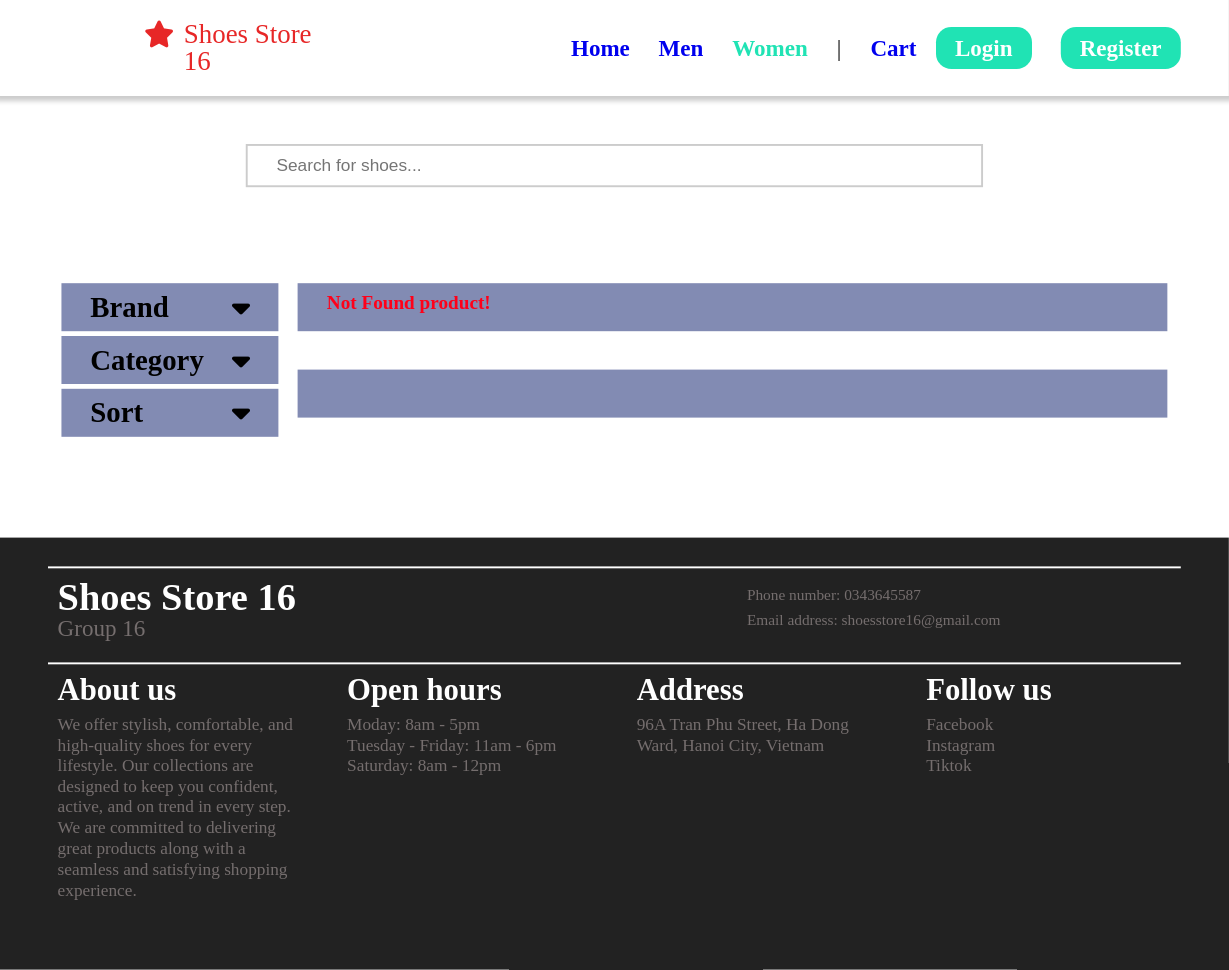
Repository: Trung0810/btl_cnpm_fe
Page: /women
These files come from the project's save history. The page is drawn as it stood at one moment and after the next save; the edit follows.
The browser window is 1280 px wide. The pictures show the whole page, at 96% of full size.
The page's requests for data from a server got no answer. The project was rebuilt for these pictures with package versions that can differ from the ones it lists, and the page was loaded fresh each time. No one was signed in, and anything a server would have sent is missing. Also part of the build but not shown: src/components/shoes_list/ShoesCard.css, src/components/shoes_list/ShoesCard.js, src/components/overlay/Overlay.css, src/components/overlay/Overlay.js, src/components/popup/AddToCartFormPopup.css, src/components/popup/AddToCartFormPopup.js, src/components/shoes_list/ShoesList.css, src/components/shoes_list/ShoesList.js and 43 more.

Above is the page before, as saved 2026-04-21 08:25:51.

### public/index.html
<!doctype html>
<html lang="en">
  <head>
    <meta charset="utf-8" />
    <link rel="icon" href="%PUBLIC_URL%/favicon.ico" />
    <meta name="viewport" content="width=device-width, initial-scale=1" />
    <meta name="theme-color" content="#000000" />
    <meta
      name="description"
      content="Web site created using create-react-app"
    />
    <link rel="apple-touch-icon" href="%PUBLIC_URL%/logo192.png" />
    <!--
      manifest.json provides metadata used when your web app is installed on a
      user's mobile device or desktop. See https://developers.google.com/web/fundamentals/web-app-manifest/
    -->
    <link rel="manifest" href="%PUBLIC_URL%/manifest.json" />
    <!--
      Notice the use of %PUBLIC_URL% in the tags above.
      It will be replaced with the URL of the `public` folder during the build.
      Only files inside the `public` folder can be referenced from the HTML.

      Unlike "/favicon.ico" or "favicon.ico", "%PUBLIC_URL%/favicon.ico" will
      work correctly both with client-side routing and a non-root public URL.
      Learn how to configure a non-root public URL by running `npm run build`.
    -->
    <link rel="preconnect" href="https://fonts.googleapis.com" />
    <link rel="preconnect" href="https://fonts.gstatic.com" crossorigin />
    <link
      href="https://fonts.googleapis.com/css2?family=DM+Sans:ital,opsz,wght@0,9..40,100..1000;1,9..40,100..1000&family=Oswald:wght@200..700&display=swap"
      rel="stylesheet"
    />
    <title>React App</title>
  </head>
  <body>
    <noscript>You need to enable JavaScript to run this app.</noscript>
    <div id="root"></div>
    <!--
      This HTML file is a template.
      If you open it directly in the browser, you will see an empty page.

      You can add webfonts, meta tags, or analytics to this file.
      The build step will place the bundled scripts into the <body> tag.

      To begin the development, run `npm start` or `yarn start`.
      To create a production bundle, use `npm run build` or `yarn build`.
    -->
  </body>
</html>

### src/index.js
import React from "react";
import ReactDOM from "react-dom/client";
import App from "./App";
import reportWebVitals from "./reportWebVitals";
import "./index.css";
import "./reset.css";
import "@fortawesome/fontawesome-free/css/all.min.css";

const root = ReactDOM.createRoot(document.getElementById("root"));
root.render(
  <React.StrictMode>
    <App />
  </React.StrictMode>,
);

// If you want to start measuring performance in your app, pass a function
// to log results (for example: reportWebVitals(console.log))
// or send to an analytics endpoint. Learn more: https://bit.ly/CRA-vitals
reportWebVitals();

### src/index.css
body {
  margin: 0;
  font-family:
    -apple-system, BlinkMacSystemFont, "Segoe UI", "Roboto", "Oxygen", "Ubuntu",
    "Cantarell", "Fira Sans", "Droid Sans", "Helvetica Neue", sans-serif;
  -webkit-font-smoothing: antialiased;
  -moz-osx-font-smoothing: grayscale;
  font-family: "DM Sans", sans-serif;
}
body::-webkit-scrollbar {
  display: none;
}
code {
  font-family:
    source-code-pro, Menlo, Monaco, Consolas, "Courier New", monospace;
}
* {
  box-sizing: border-box;
}

### src/components/shoes_page/ShoesPage.js
import React, { Fragment } from "react";
import Search from "../search/Search";
import GridLayout from "../grid_layout/GridLayout";

const ShoesPage = () => {
  return (
    <Fragment>
      <Search></Search>
      <GridLayout></GridLayout>
    </Fragment>
  );
};

export default ShoesPage;

### src/components/main_layout/MainLayout.js
import React, { useContext } from "react";
import { Fragment } from "react";
import Header from "../header/Header";
import Footer from "../footer/Footer";
import { Navigate, Outlet } from "react-router-dom";
import { InforContext } from "../infor_provider/InforProvider";

const MainLayout = () => {
  const { admin, customer } = useContext(InforContext);

  if (admin) {
    return <Navigate to="/admin" replace />;
  }

  return (
    <Fragment>
      <Header></Header>
      <Outlet></Outlet>
      <Footer></Footer>
    </Fragment>
  );
};

export default MainLayout;

### src/components/infor_provider/InforProvider.js
import React, { createContext, useState } from "react";
import { useNavigate } from "react-router-dom";

const InforContext = createContext();

const InforProvider = (props) => {
  const [customer, setCustomer] = useState(null);
  const [admin, setAdmin] = useState(null);
  const [path, setPath] = useState(null);
  const [currentPage, setCurrentPage] = useState(1);
  const [filter, setFilter] = useState({
    name: "",
    brand: "all",
    type: "",
    category: "all",
    price: false,
    rate: false,
    sort: null,
  });
  const navigate = useNavigate();

  console.log(filter);

  const handleLogout = () => {
    setCustomer(null);
    setAdmin(null);
    localStorage.removeItem("accessToken");
    navigate("/", { replace: true });
    console.log("hehehe");
  };

  const handleAddToCart = () => {};
  return (
    <InforContext.Provider
      value={{
        customer,
        setCustomer,
        handleLogout,
        admin,
        setAdmin,
        path,
        setPath,
        currentPage,
        setCurrentPage,
        filter,
        setFilter,
      }}
      {...props}
    ></InforContext.Provider>
  );
};

export { InforContext, InforProvider };

### src/components/reset_position/ResetPosition.js
import { useEffect } from "react";
import { useLocation } from "react-router-dom";

const ResetPosition = () => {
  const { pathname } = useLocation();

  useEffect(() => {
    window.scrollTo(0, 0);
  }, [pathname]);

  return null;
};

export default ResetPosition;

### src/App.css
img {
  width: 100%;
  height: 100%;
  object-fit: fill;
}
input,
select {
  display: block;
  font-size: 16px;
  font-weight: 500;
  padding: 10px 20px;
  border: 2px solid #ccc;
  border-radius: 8px;
  outline: none;
}
input:focus {
  border-color: #20e3b4;
}
textarea {
  font-family: "DM Sans", sans-serif;
  display: block;
  height: 100px;
  font-size: 16px;
  padding: 10px 20px;
  border: 2px solid #ccc;
  border-radius: 8px;
  resize: none;
  outline: none;
}
textarea::-webkit-scrollbar {
  display: none;
}
textarea:focus {
  border-color: #20e3b4;
}
button {
  display: block;
  width: 200px;
  padding: 10px 30px;
  font-size: 18px;
  font-weight: 500;
  border-radius: 8px;
  border: none;
  outline: none;
  cursor: pointer;
  box-shadow: 0 6px 0 0 #ccc;
  transition: all 0.25s linear;
}
button:active {
  box-shadow: 0 3px 0 0 #ccc;
  transform: translateY(3px);
}
.loading {
  position: absolute;
  width: 40px;
  height: 40px;
  border: 5px solid #20e3b4;
  border-left: 5px solid transparent;
  border-radius: 50%;
  top: 50%;
  left: 50%;
  transform: translate(-50%, -50%);
  animation: spin 1s infinite forwards linear;
  z-index: 100;
}
@keyframes spin {
  to {
    transform: translate(-50%, -50%) rotate(360deg);
  }
}
.error {
  font-weight: 500;
  color: #de4242;
}
.admin-update {
  width: 120px;
  background-color: #20b3e4;
  color: #fff;
}
.admin-delete {
  width: 120px;
  background-color: #dc3545;
  color: #fff;
}

### src/components/search/Search.js
import React, { useContext } from "react";
import { InforContext } from "../infor_provider/InforProvider";
import { debounce } from "lodash";
import "./Search.css";

const Search = () => {
  const { filter, setFilter } = useContext(InforContext);

  return (
    <div className="search">
      <input
        type="text"
        name="shoes"
        className="search-input"
        placeholder="Search for shoes..."
        onChange={debounce(
          (event) =>
            setFilter((prev) => ({ ...prev, name: event.target.value })),
          500,
        )}
      />
      {/* <button className="search-button">Search</button> */}
    </div>
  );
};

export default Search;

### src/components/grid_layout/GridLayout.js
import React from "react";
import FilterShoesList from "../filter_shoes_list/FilterShoesList";
import ShoesGrid from "../shoes_grid/ShoesGrid";
import "./GridLayout.css";

const GridLayout = () => {
  return (
    <div className="grid-layout">
      <FilterShoesList></FilterShoesList>
      <ShoesGrid></ShoesGrid>
    </div>
  );
};

export default GridLayout;

### src/components/footer/Footer.js
import React from "react";
import "./Footer.css";

const Footer = () => {
  return (
    <div className="footer">
      <div className="footer-contact">
        <div className="contact-name">
          <h2>Shoes Store 16</h2>
          <p>Group 16</p>
        </div>
        <div className="contact-infor">
          <p>Phone number: 0343645587</p>
          <p>Email address: shoesstore16@gmail.com</p>
        </div>
      </div>
      <div className="footer-content">
        <div className="content-container">
          <h3>About us</h3>
          <p>
            We offer stylish, comfortable, and high-quality shoes for every
            lifestyle. Our collections are designed to keep you confident,
            active, and on trend in every step. We are committed to delivering
            great products along with a seamless and satisfying shopping
            experience.
          </p>
        </div>
        <div className="content-container">
          <h3>Open hours</h3>
          <p>
            Moday: 8am - 5pm
            <br />
            Tuesday - Friday: 11am - 6pm
            <br />
            Saturday: 8am - 12pm
          </p>
        </div>
        <div className="content-container">
          <h3>Address</h3>
          <p>96A Tran Phu Street, Ha Dong Ward, Hanoi City, Vietnam</p>
        </div>
        <div className="content-container">
          <h3>Follow us</h3>
          <p>
            Facebook
            <br />
            Instagram
            <br />
            Tiktok
          </p>
        </div>
      </div>
    </div>
  );
};

export default Footer;

### src/components/helper_function/Standardization.js
const standardization = (name) => {
  if (!name) {
    return "";
  }
  return name
    .trim()
    .split(/\s+/)
    .map((word) => {
      return word.charAt(0).toUpperCase() + word.slice(1).toLowerCase();
    })
    .join(" ");
};

export default standardization;

### src/components/admin_add_product/AdminAddProduct.css
.admin-add-product {
  width: 85%;
  padding: 40px;
  user-select: none;
}
.admin-add-title {
  font-size: 40px;
  font-weight: bold;
  text-align: center;
  margin-bottom: 40px;
}
form {
  width: 100%;
  display: flex;
  flex-direction: column;
  row-gap: 20px;
}
.admin-add-wrapper {
  display: flex;
  flex-direction: column;
  row-gap: 10px;
}
.admin-add-wrapper:last-child {
  margin-top: 30px;
  flex-direction: row;
  column-gap: 40px;
}
.admin-add-wrapper button:first-child {
  background-color: #20e3b4;
  color: #fff;
}
.admin-add-error {
  font-weight: 500;
  color: #de4242;
}

### src/components/admin_update_product/AdminUpdateProduct.css
.admin-update-product {
  width: 85%;
  padding: 40px;
  user-select: none;
  overflow-y: scroll;
}
.admin-update-product::-webkit-scrollbar {
  display: none;
}
.admin-update-title {
  font-size: 40px;
  font-weight: bold;
  text-align: center;
  margin-bottom: 40px;
}
form {
  width: 100%;
  display: flex;
  flex-direction: column;
  row-gap: 20px;
}
.admin-update-wrapper {
  display: flex;
  flex-direction: column;
  row-gap: 10px;
}
.admin-update-wrapper #id {
  background-color: #f0f0f0;
  color: #666;
  cursor: not-allowed;
}
.admin-update-wrapper #id:focus {
  border-color: #ccc;
}
.admin-update-wrapper:last-child {
  margin-top: 30px;
  flex-direction: row;
  column-gap: 40px;
}
.admin-update-wrapper button:first-child {
  background-color: #20e3b4;
  color: #fff;
}

### src/components/admin_update_order/AdminUpdateOrder.css
.admin-update-order {
  width: 85%;
  padding: 40px;
  user-select: none;
}
.admin-update-title {
  font-size: 40px;
  font-weight: bold;
  text-align: center;
  margin-bottom: 40px;
}
form {
  width: 100%;
  display: flex;
  flex-direction: column;
  row-gap: 20px;
}
.admin-update-table {
  width: 100%;
  display: flex;
  flex-direction: column;
  row-gap: 10px;
}
.admin-update-table th,
.admin-update-table td {
  text-align: center;
  vertical-align: middle;
  border: 1px solid #ccc;
}
.admin-update-table th {
  background-color: #20e3b4;
  color: #fff;
  font-size: 20px;
  font-weight: bold;
  padding: 10px 20px;
}
.admin-update-table td {
  min-height: 150px;
  font-size: 18px;
  padding: 10px;
}
.admin-update-table input {
  width: 100%;
}
.admin-update-table td button {
  width: 100%;
  background-color: #dc3545;
  color: #fff;
}
.admin-update-table button {
  background-color: #20e3b4;
  color: #fff;
}
.admin-update-wrapper {
  display: flex;
  flex-direction: column;
  row-gap: 10px;
}
.admin-update-wrapper #id {
  background-color: #f0f0f0;
  color: #666;
  cursor: not-allowed;
}
.admin-update-wrapper #id:focus {
  border-color: #ccc;
}
.admin-update-wrapper #customer-name {
  background-color: #f0f0f0;
  color: #666;
  cursor: not-allowed;
}
.admin-update-wrapper #customer-name:focus {
  border-color: #ccc;
}
.admin-update-wrapper:last-child {
  margin-top: 30px;
  flex-direction: row;
  column-gap: 40px;
}
.admin-update-wrapper button:first-child {
  background-color: #20e3b4;
  color: #fff;
}

### src/components/admin_update_customer/AdminUpdateCustomer.css
.admin-update-customer {
  width: 85%;
  padding: 40px;
  user-select: none;
}
.admin-update-title {
  font-size: 40px;
  font-weight: bold;
  text-align: center;
  margin-bottom: 40px;
}
form {
  width: 100%;
  display: flex;
  flex-direction: column;
  row-gap: 20px;
}
.admin-update-wrapper {
  display: flex;
  flex-direction: column;
  row-gap: 10px;
}
.admin-update-wrapper:last-child {
  margin-top: 30px;
  flex-direction: row;
  column-gap: 40px;
}
.admin-update-wrapper button:first-child {
  background-color: #20e3b4;
  color: #fff;
}

### src/components/search/Search.css
.search {
  width: 60%;
  height: auto;
  margin: 150px auto 0;
  display: flex;
  align-items: center;
}
.search-input {
  display: block;
  width: 100%;
  font-size: 18px;
  padding: 10px 30px;
  border-radius: 0;
}
.search-button {
  width: 20%;
  background-color: #20e3b4;
  color: #fff;
  font-size: 18px;
  border-radius: 0;
  border: 2px solid #20e3b4;
  box-shadow: none;
}
.search-button:active {
  transform: translateY(0);
  box-shadow: none;
}

### src/components/filter_shoes_list/FilterShoesList.js
import React from "react";
import FilterShoes from "./FilterShoes";
import "./FilterShoesList.css";

const FilterShoesList = () => {
  return (
    <div className="filter-shoes-list">
      <FilterShoes params="brand"></FilterShoes>
      <FilterShoes params="category"></FilterShoes>
      <FilterShoes params="sort"></FilterShoes>
    </div>
  );
};

export default FilterShoesList;

### src/components/grid_layout/GridLayout.css
.grid-layout {
  width: 90%;
  margin: 100px auto 0;
  display: flex;
  column-gap: 20px;
}

### src/components/header/header.css
.header {
  width: 100%;
  height: 100px;
  background-color: #fff;
  padding: 20px 50px 20px 150px;
  margin-bottom: 50px;
  box-shadow: 0 0 5px 5px #ccc;
  display: flex;
  align-items: center;
  position: fixed;
  top: 0;
  left: 0;
  z-index: 10;
  user-select: none;
}
.header-logo {
  font-size: 28px;
  color: #e72727;
  margin-right: 250px;
  display: flex;
  column-gap: 10px;
}
.header-menu {
  padding: 10px 20px;
  color: #565656;
  display: flex;
  column-gap: 30px;
}
.header-menu-item {
  font-size: 24px;
  font-weight: bold;
  cursor: pointer;
  text-decoration: none;
}
.header-auth {
  margin-left: auto;
  color: #565656;
  display: flex;
  column-gap: 30px;
}
.header-auth-item {
  display: inline-block;
  background-color: #20e3b4;
  color: #fff;
  font-size: 24px;
  padding: 10px 20px;
  font-weight: bold;
  border-radius: 16px;
  cursor: pointer;
  text-decoration: none;
}

### src/components/footer/Footer.css
.footer {
  width: 100%;
  height: 450px;
  background-color: #222222;
  color: #fff;
  padding: 30px 50px;
  margin-top: 100px;
}
.footer-contact {
  width: 100%;
  height: 100px;
  border-top: 2px solid #fff;
  display: flex;
}
.contact-name {
  width: 60%;
  height: 100%;
  padding: 10px;
}
.contact-name h2 {
  font-size: 40px;
  font-weight: bold;
}
.contact-name p {
  color: #756e6e;
  font-size: 24px;
}
.contact-infor {
  width: 40%;
  height: 100%;
  padding: 20px;
}
.contact-infor p {
  color: #756e6e;
  font-size: 16px;
  margin-bottom: 10px;
}
.footer-content {
  width: 100%;
  height: 300px;
  padding: 10px;
  border-top: 2px solid #fff;
  display: flex;
  column-gap: 4%;
}
.content-container {
  width: 22%;
  height: 100px;
}
.content-container h3 {
  font-size: 32px;
  font-weight: bold;
  margin-bottom: 10px;
}
.content-container p {
  color: #756e6e;
  font-size: 18px;
  line-height: 1.2;
}

### src/components/filter_shoes_list/FilterShoesList.css
.filter-shoes-list {
  width: 20%;
}

### src/components/shoes_grid/ShoesGrid.css
.shoes-grid {
  width: 80%;
  display: flex;
  flex-direction: column;
  row-gap: 20px;
  user-select: none;
}
.shoes-bar {
  width: 100%;
  height: 50px;
  background-color: #828bb3;
  padding: 10px 30px;
  display: flex;
  column-gap: 20px;
}
.shoes-grid-layout {
  width: 100%;
  display: grid;
  grid-template-columns: repeat(3, 1fr);
  gap: 20px;
}
.shoes-bar-page input {
  display: none;
}
.shoes-bar-page label {
  display: block;
  width: 30px;
  height: 30px;
  font-size: 20px;
  font-weight: bold;
  color: #fff;
  border: 2px solid #fff;
  display: flex;
  align-items: center;
  justify-content: center;
  cursor: pointer;
}
.shoes-bar-page input:checked + label {
  background-color: #fff;
  color: #828bb3;
}

### src/components/filter_shoes_list/FilterShoes.css
.filter-shoes {
  width: 100%;
  cursor: pointer;
  user-select: none;
}
.filter-shoes-menu {
  width: 100%;
  height: 50px;
  background-color: #828bb3;
  padding: 10px 30px;
  font-size: 30px;
  font-weight: bold;
  text-align: left;
  margin-bottom: 5px;
  display: flex;
  align-items: center;
  justify-content: space-between;
}
.filter-shoes-dropdown {
  width: 100%;
  margin-bottom: 40px;
}
.filter-shoes-select input {
  display: none;
}
.filter-shoes-select label {
  display: block;
  width: 100%;
  height: 40px;
  padding: 10px 30px;
  font-size: 20px;
  font-weight: 500;
  border-bottom: 1px solid #ccc;
  cursor: pointer;
}
.filter-shoes-select label:hover {
  background-color: #eee;
}
.filter-shoes-select input:checked + label {
  background-color: #eee;
  color: #20e3b4;
}

Loaded but not shown: src/reportWebVitals.js (common file); src/reset.css (common file); src/components/shoes_grid/ShoesGrid.js (154 lines, source omitted); src/App.js (96 lines, source omitted); src/components/filter_shoes_list/FilterShoes.js (90 lines, source omitted); src/components/header/Header.js (68 lines, source omitted)

After the next save:
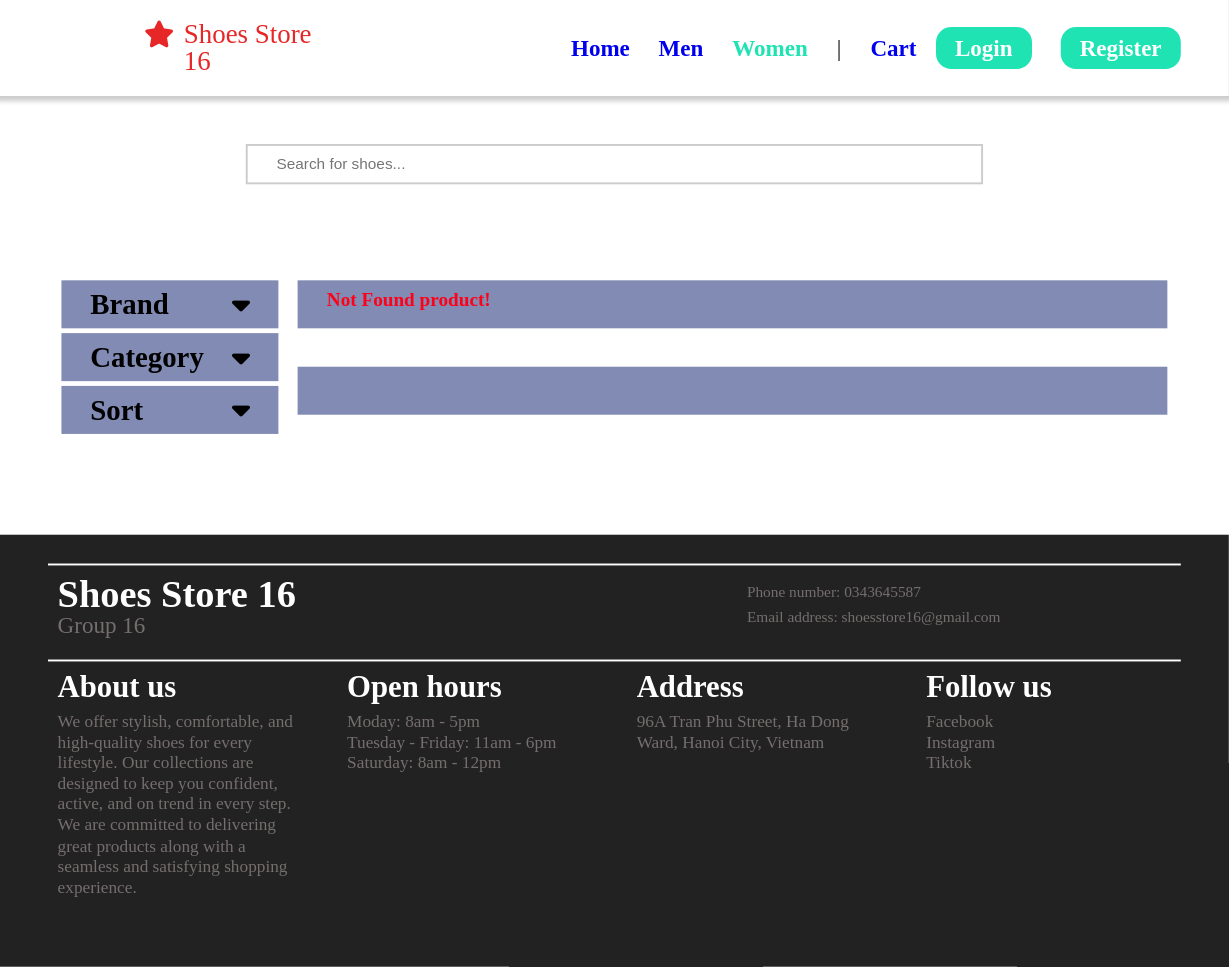
Saved 6 s later.
--- a/src/components/search/Search.css
+++ b/src/components/search/Search.css
@@ -7,7 +7,7 @@
 }
 .search-input {
   display: block;
-  width: 100%;
+  width: 100%; // 80%
   font-size: 18px;
   padding: 10px 30px;
   border-radius: 0;

After the save that followed:
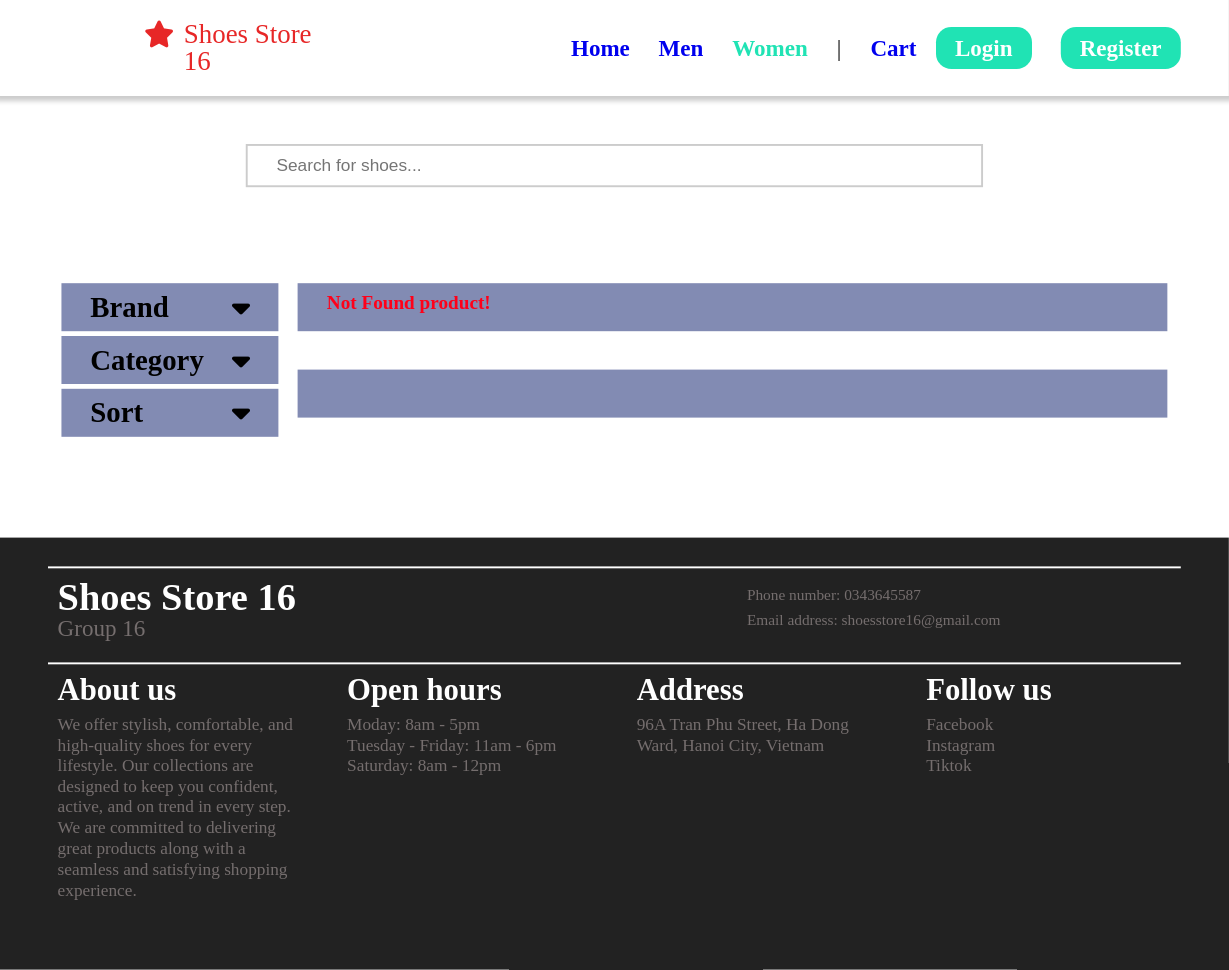
Saved 13 s later.
--- a/src/components/search/Search.css
+++ b/src/components/search/Search.css
@@ -7,7 +7,7 @@
 }
 .search-input {
   display: block;
-  width: 100%; // 80%
+  width: 100%; /* 80% */
   font-size: 18px;
   padding: 10px 30px;
   border-radius: 0;
